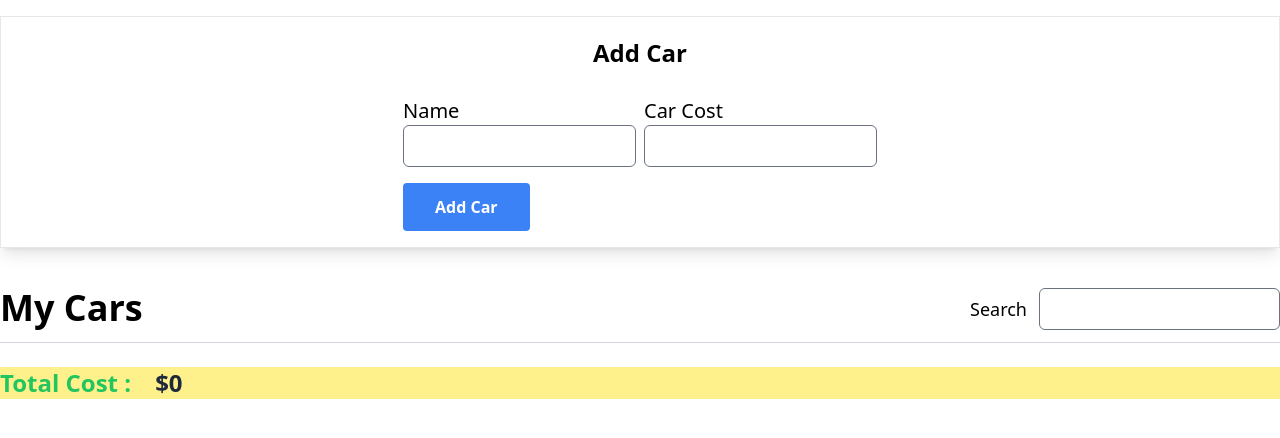
Repository: Marhamat92/carsappreduxtoolkit
Page: /
An editor plug-in stored every save of this project. The page is shown before and after the next save, followed by the edit.
The browser window is 1280 px wide. The pictures show the whole page.
The project was rebuilt for these pictures with package versions that can differ from the ones it lists, and the page was loaded fresh each time.

Above is the page before, as saved 2023-01-24 00:47:41.

### src/index.js
import React from 'react';
import ReactDOM from 'react-dom/client';
import './index.css';
import App from './App';
import { Provider } from 'react-redux';
import { store } from './store'


const root = ReactDOM.createRoot(document.getElementById('root'));
root.render(
  <Provider store={store}>
    <App />
  </Provider>
);

### src/App.js
import CarForm from "./components/CarForm";
import CarList from "./components/CarList";
import CarSearch from "./components/CarSearch";
import CarValue from "./components/CarValue";


function App() {
  return (
    <div className="container mx-auto">
      <CarForm />
      <CarSearch />
      <CarList />
      <CarValue />
    </div>
  );
}

export default App;

### src/store/index.js
import { configureStore } from "@reduxjs/toolkit";
import {
  carsReducer,
  addCar,
  removeCar,
  changeSearchTerm,
} from "./slices/carsSlice";
import { formReducer, changeName, changeCost } from "./slices/formSlice";

const store = configureStore({
  reducer: {
    cars: carsReducer,
    form: formReducer,
  },
})

export { store, addCar, removeCar, changeSearchTerm, changeName, changeCost };

### src/components/CarForm.js
import React from 'react'
import { useDispatch, useSelector } from 'react-redux'
import { changeName, changeCost, addCar } from '../store'



function CarForm() {
  const dispatch = useDispatch(); // this is the hook that allows us to dispatch actions to the store
  const { name, cost } = useSelector((state) => { // this is the hook that allows us to access the store
    return {
      name: state.form.name,
      cost: state.form.cost
    }
  })


  const handleNameChange = (e) => {
    dispatch(changeName(e.target.value))
  }

  const handleCostChange = (e) => {
    const carCost = parseInt(e.target.value) || 0;
    dispatch(changeCost(carCost))

  }


  const handleSubmit = (e) => {
    e.preventDefault();
    dispatch(addCar({ name, cost }))
  }


  //!after adding a car, clear the form fields with extra reducers which will be added to the formSlice,otherwise we can use dispatch(changeName('')) and dispatch(changeCost(0)) to clear the form fields but it is not a good practice



  return (
    <div className='flex flex-col items-center justify-center border shadow-lg py-4 mt-4'>
      <h1 className='font-bold text-2xl py-1' >Add Car</h1>
      <div className='mt-6'>
        <form onSubmit={handleSubmit} className=''>
          <div className='flex flex-row space-x-2'>
            <div className='flex flex-col'>
              <label className='text-xl' htmlFor='make'>Name</label>
              <input className=' border border-gray-500 rounded-md py-2

              ' value={name} onChange={handleNameChange} type='text' name='carName' id='carName' />
            </div>
            <div className='flex flex-col'>
              <label className='text-xl' htmlFor='price'>Car Cost</label>
              <input className=' border border-gray-500 rounded-md py-2

              ' value={cost || ''} onChange={handleCostChange} type='number' name='price' id='price' />
            </div>
          </div>
          <button className='bg-blue-500 hover:bg-blue-700 text-white font-bold py-3  px-8 rounded mt-4' type='submit'>Add Car</button>
        </form>
      </div>
    </div>
  )
}

export default CarForm

### src/components/CarList.js
import React from 'react'
import { useSelector, useDispatch } from 'react-redux'
import { removeCar } from '../store'


function CarList() {


  const dispatch = useDispatch();

  const cars = useSelector(({ cars: { searchTerm, data } }) => {   //! <--- destructuring the state object to get the searchTerm and data properties
    return data.filter((car) => {
      return car.name.toLowerCase().includes(searchTerm.toLowerCase())
    })
  })

  const handleDeleteCar = (car) => {
    dispatch(removeCar(car.id))
  }



  const renderedCars = cars.map((car) => {
    return (
      <div className='flex justify-between space-y-3 items-center shadow-lg mt-4 py-2 px-4 rounded-md' key={car.id}>
        <p className='text-3xl' >{car.name} - ${car.cost}</p>
        <button onClick={() => handleDeleteCar(car)} className='bg-red-500 px-4 py-2 text-3xl rounded-md'>
          Remove
        </button>
      </div>
    )
  })




  return (
    <div>{renderedCars}</div>
  )
}

export default CarList

### src/components/CarSearch.js
import React from 'react'
import { useSelector, useDispatch } from 'react-redux'
import { changeSearchTerm } from '../store'


function CarSearch() {

  const dispatch = useDispatch();
  const searchTerm = useSelector((state) => {

    return state.cars.searchTerm

  })

  const handleSearchCarTerm = (e) => {
    dispatch(changeSearchTerm(e.target.value))
  }



  return (
    <div>
      <div className='flex justify-between mt-10 border-b border-gray-300 pb-3' >
        <h1 className='text-4xl font-bold' >My Cars</h1>
        <div className='flex space-x-3 items-center' >
          <label className='text-lg' htmlFor="">Search</label>
          <input value={searchTerm} onChange={handleSearchCarTerm} className='pl-2 border border-gray-500 py-2 rounded-md' type="text" />
        </div>
      </div>
    </div>
  )
}

export default CarSearch

### src/components/CarValue.js
import React from 'react'
import { useSelector } from 'react-redux'

function CarValue() {

  const totalCost = useSelector(({ cars: { data, searchTerm } }) =>
    data.filter((car) => car.name.toLowerCase().includes(searchTerm.toLowerCase())
    )
      .reduce((acc, car) => acc + car.cost, 0)
  );



  return (
    <div className='flex  space-x-6 mt-6 bg-yellow-200'>
      <h1 className='text-2xl font-bold text-green-500' >Total Cost :</h1>
      <h1 className='text-2xl font-bold text-slate-800'>${totalCost}</h1>
    </div>
  )
}

export default CarValue

### src/store/slices/carsSlice.js
import { createSlice, nanoid } from '@reduxjs/toolkit';

const carsSlice = createSlice({
  name: 'cars',
  initialState: {
    data: [],
    searchTerm: ''
  },
  reducers: {
    changeSearchTerm(state, action) {
      state.searchTerm = action.payload;
    },
    addCar(state, action) {
      //Assumption:
      //action.payload is an object with the following properties:
      //name, cost, id
      state.data.push({
        name: action.payload.name,
        cost: action.payload.cost,
        id: nanoid()
      })
    },
    removeCar(state, action) {
      //Assumption:
      //action.payload is the id of the car to remove
      const updatedCars = state.data.filter((car) => {
        return car.id !== action.payload;
      })
      state.data = updatedCars;
    }

  }
})

export const { changeSearchTerm, addCar, removeCar } = carsSlice.actions;
export const carsReducer = carsSlice.reducer;

### src/store/slices/formSlice.js
import { createSlice } from '@reduxjs/toolkit';
import { addCar } from './carsSlice';

const formSlice = createSlice({
  name: 'form',
  initialState: {
    name: '',
    cost: 0
  },
  reducers: {
    changeName(state, action) {
      state.name = action.payload;
    },
    changeCost(state, action) {
      state.cost = action.payload;
    }
  },
  extraReducers(builder) {
    builder.addCase(addCar, (state, action) => {
      state.name = '';
      state.cost = 0;
    })
  }
})

//extraReducers is a function that takes a builder object as an argument and we can use the builder object to add extra reducers to the formSlice
//addCase is a function that takes an action and a reducer as arguments and adds the reducer to the formSlice
//the reducer will be called when the action is dispatched


export const { changeName, changeCost } = formSlice.actions;
export const formReducer = formSlice.reducer;

Loaded but not shown: public/index.html (common file); src/index.css (common file); tailwind.config.js (common file)

After the next save:
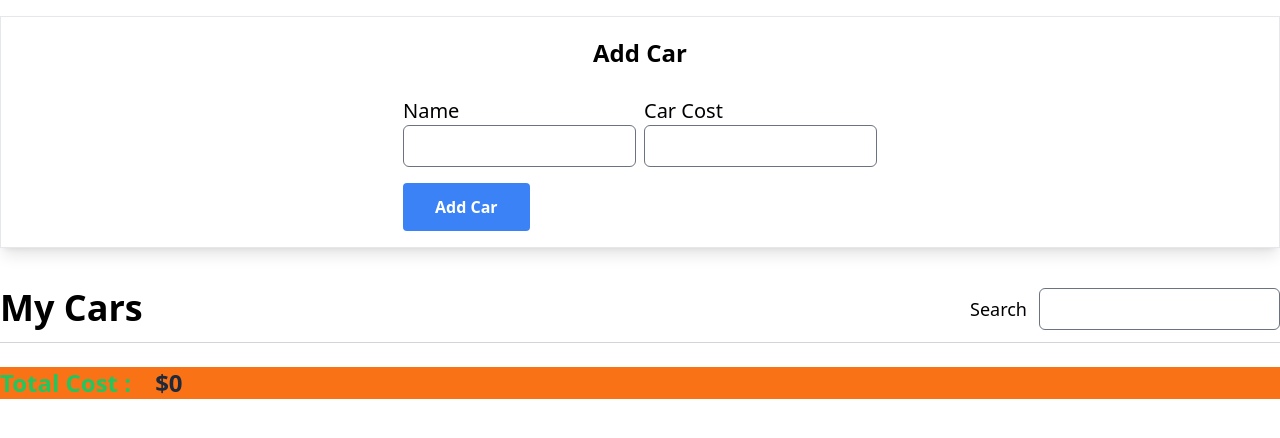
Saved 20 s later.
--- a/src/components/CarValue.js
+++ b/src/components/CarValue.js
@@ -12,7 +12,7 @@ function CarValue() {
 
 
   return (
-    <div className='flex  space-x-6 mt-6 bg-yellow-200'>
+    <div className='flex  space-x-6 mt-6 bg-orange-500'>
       <h1 className='text-2xl font-bold text-green-500' >Total Cost :</h1>
       <h1 className='text-2xl font-bold text-slate-800'>${totalCost}</h1>
     </div>
